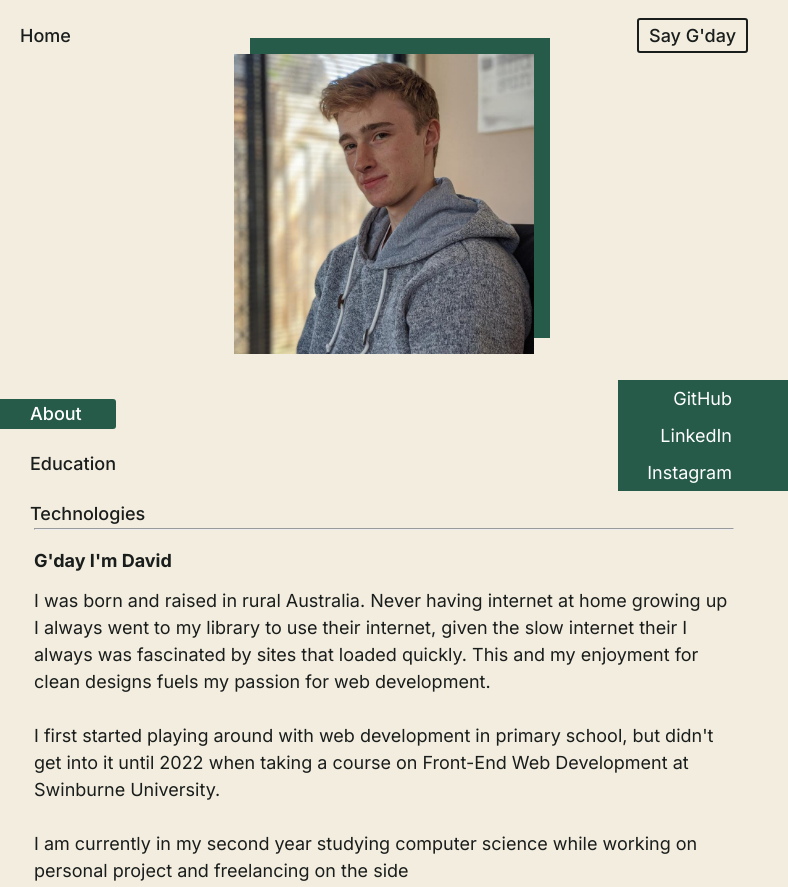
Repository: David-Waite/David-Waite-Portfolio
Page: /about
The author's editor kept a copy of each file at every save. The page is drawn from the files as they stood at one save, then again after the next save.
The browser window is 768 px wide. The page is 788 px wide, so the pictures cover 788 px, including what lies to the right of the window. The pictures show the whole page.
The project was rebuilt for these pictures with package versions that can differ from the ones it lists, and the page was loaded fresh each time. The framework's server and built-in components were replaced by stand-ins that run in the browser. Also part of the build but not shown: next.config.js.

Above is the page before, as saved 2023-07-27 10:28:36.

### app/layout.tsx
import "./globals.css";
import type { Metadata } from "next";
import { Inter } from "next/font/google";
import Link from "next/link";
import NavBar from "./components/Nav/NavBar/NavBar";

const inter = Inter({ subsets: ["latin"] });

export const metadata: Metadata = {
  title: "Create Next App",
  description: "Generated by create next app",
};

export default function RootLayout({
  children,
}: {
  children: React.ReactNode;
}) {
  return (
    <html lang="en">
      <body className={inter.className}>
        <NavBar />
        {children}
      </body>
    </html>
  );
}

### app/about/page.tsx
"use client";

import Image from "next/image";
import styles from "./page.module.css";
import Menu from "../components/About/Menu/Menu";
import { useState } from "react";

export default function About() {
  const [selected, setSelected] = useState({
    about: true,
    education: false,
    technologies: false,
  });

  function handleClick(select: string) {
    setSelected(() => {
      return {
        about: select === "about" ? true : false,
        education: select === "education" ? true : false,
        technologies: select === "technologies" ? true : false,
      };
    });
  }

  const AboutText = (
    <>
      <h1>G&apos;day I&apos;m David</h1>
      <p className={styles.description}>
        I was born and raised in rural Australia. Never having internet at home
        growing up I always went to my library to use their internet, given the
        slow internet their I always was fascinated by sites that loaded
        quickly. This and my enjoyment for clean designs fuels my passion for
        web development.
        <br />
        <br /> I first started playing around with web development in primary
        school, but didn&apos;t get into it until 2022 when taking a course on
        Front-End Web Development at Swinburne University.
        <br />
        <br /> I am currently in my second year studying computer science while
        working on personal project and freelancing on the side
      </p>
    </>
  );

  const EducationText = (
    <>
      <h1>My Education</h1>
      <ul className={`${styles.description} ${styles.descriptionList} `}>
        <li>
          CT50220 Dimploma of Information Technology (Front End Web Development)
          | 2022
        </li>
        <li>BA-CS Bachelor of Computer Science | 2023 - current</li>
        <li>Front end developer career path (72hrs) | Scrimba (online)</li>
        <li>
          React Native - The Practical Guide 2022 (26hrs) | Udemy (online)
        </li>
        <li>
          C# Basics for Beginners: Learn C# Fundamentals by Coding (6hrs) |
          Udemy (online)
        </li>
        <li>
          C# Intermediate: Classes, Interfaces and OOP (6hrs) | Udemy (online)
        </li>
      </ul>
    </>
  );
  const TechnologiesText = (
    <>
      <h1>What I&apos;m confortable with</h1>
      <ul className={`${styles.description} ${styles.descriptionList} `}>
        <li>HTML</li>
        <li>CSS</li>
        <li>Next.Js</li>
        <li>Contentful</li>
        <li>React.Js</li>
        <li>JavaScript</li>
        <li>C#</li>
      </ul>
    </>
  );

  let textContent;

  if (selected.about) {
    textContent = AboutText;
  }
  if (selected.technologies) {
    textContent = TechnologiesText;
  }
  if (selected.education) {
    textContent = EducationText;
  }
  return (
    <main className={styles.container}>
      <Menu selected={selected} onClick={handleClick} />
      <div className={`${styles.mobileLink} ${styles.links}`}>
        <a href="https://github.com/David-Waite" target="_blank">
          GitHub
        </a>
        <a href="www.linkedin.com/in/davidwaitedev" target="_blank">
          LinkedIn
        </a>
        <a href="https://www.instagram.com/david__waite/" target="_blank">
          Instagram
        </a>
      </div>
      <div className={styles.content}>
        <div>
          <div className={styles.paragraphContainer}>{textContent}</div>

          <div className={`${styles.desktopLink} ${styles.links}`}>
            <a href="https://github.com/David-Waite" target="_blank">
              GitHub
            </a>
            <a href="www.linkedin.com/in/davidwaitedev" target="_blank">
              LinkedIn
            </a>
            <a href="https://www.instagram.com/david__waite/" target="_blank">
              Instagram
            </a>
          </div>
        </div>
        <hr />
        <div className={styles.imageContainer}>
          <Image src="/aboutMe.jpg" fill={true} alt="David" />
        </div>
      </div>
    </main>
  );
}

### app/contact/send/route.ts
import mail from "@sendgrid/mail";
import { NextResponse } from "next/server";

// Create an api key in sendgrid and store someplace safe
mail.setApiKey(process.env.SENDGRID_API_KEY || "");

type ResponseData = {
  status?: string;
  message?: string;
};

export async function POST(request: Request) {
  let response: ResponseData = {};
  const body = await request.json();
  // I know the formData I sent in my request has name, email, and message fields so I'm just manually grabbing them to format a message
  const message = `
    Name: ${body.name}\r\n
    Email: ${body.email}\r\n
    Message: ${body.message}

  `;
  const data = {
    to: "davidwaite122@gmail.com",
    from: "davidwaiteportfolio@zohomail.com.au",
    subject: "Contact Message via Sendgrid",
    text: message,
    html: message.replace(/\r\n/g, "<br>"),
  };

  // Send the data and create a response object. I'm using status and message to display a success or fail notification in the UI
  await mail
    .send(data)
    .then(() => {
      response = {
        status: "success",
        message: "Your message was sent. I'll be in contact shortly.",
      };
    })
    .catch((error) => {
      response = {
        status: "error",
        message: `Message failed to send with error, ${error}`,
      };
    });

  return NextResponse.json(response);
}

### app/globals.css
:root {
  --primary: #255b48;
  --black: #191d1b;
  --background: #f3eddf;
  --white: #ffffff;
  --grey: #606060;
  --error: #a83c23;
}

.paragraph {
  font-size: 18px;
  font-style: normal;
  font-weight: 400;
  line-height: 25.2px;
  color: var(--black);
}

body {
  background-color: var(--background);
}

* {
  padding: 0;
  margin: 0;
  box-sizing: border-box;
}

### app/components/Nav/NavBar/NavBar.tsx
"use client";
import NavButton from "../NavButton/NavButton";
import styles from "./navBar.module.css";
import { usePathname } from "next/navigation";

import Link from "next/link";

export default function NavBar() {
  const currentRoute = usePathname();

  return (
    <nav className={styles.container}>
      <Link
        className={styles.link}
        href={`./${currentRoute === "/" ? "about" : "/"}`}
      >
        {currentRoute === "/" ? "About" : "Home"}
      </Link>

      {currentRoute !== "/contact" && <NavButton />}
    </nav>
  );
}

### app/about/page.module.css
.container {
  display: flex;
  height: calc(100vh - 70px);
  width: 100%;
  align-items: center;
  justify-content: center;
}

.content {
  position: relative;
  display: flex;
  align-items: center;
  gap: 200px;
}
.imageContainer {
  position: relative;
  width: 440px;
  height: 440px;
  box-shadow: var(--primary) 16px -16px 0px 0px;
}

.descriptionList {
  margin-left: 32px;
  margin-right: -32px;
}
.content h1 {
  color: var(--black);
  font-size: 18px;
  font-weight: 700;
  margin-bottom: 16px;
}
.description {
  color: var(--black);
  font-size: 18px;
  font-weight: 400;

  width: 740px;
  height: 300px;
  line-height: 27px;
}

.links {
  margin-top: 24px;
  position: absolute;
  left: -56px;
  padding: 0 56px;
  background-color: var(--primary);
  display: flex;
  align-items: center;
  flex-direction: column;
}
.mobileLink {
  display: none;
}
.links a {
  cursor: pointer !important;
  color: var(--white);
  text-decoration: none;
  font-size: 18px;
  margin: 8px 0;
}

.container hr {
  width: 100%;
  display: none;
}
.links a:hover {
  color: var(--grey);
}

@media (max-width: 2000px) {
  .content {
    gap: 100px;
  }
}
@media (max-width: 1850px) {
  .imageContainer {
    width: 350px;
    height: 350px;
  }
}

@media (max-width: 1750px) {
  .imageContainer {
    width: 350px;
    height: 350px;
    margin-right: -50px;
  }
}

@media (max-width: 1650px) {
  .description {
    width: 700px;
    height: 300px;
  }
}

@media (max-width: 1550px) {
  .imageContainer {
    margin-right: -100px;
    width: 300px;
    height: 300px;
  }
}
@media (max-width: 1439px) {
  .mobileLink {
    display: flex;
    top: 126px;
    left: calc(100vw - 150px);
    width: 170px;
    align-items: end;
  }

  .desktopLink {
    display: none;
  }

  .imageContainer {
    margin-right: 0px;
  }
  .content {
    flex-direction: column-reverse;
    margin-top: 70px;
  }
}
@media (max-width: 768px) {
  .container hr {
    display: inline;
    margin: 174px 0 20px;
  }
  .container {
    padding: 20px;
  }
  .content {
    gap: 0px;
  }

  .mobileLink {
    top: 356px;
  }
}

@media (max-width: 425px) {
  .links a,
  .content h1,
  .description {
    font-size: 16px;
  }
}

### app/components/About/Menu/Menu.tsx
"use client";
import { CSSProperties, useState } from "react";
import styles from "./menu.module.css";
export default function Menu(props: { onClick: any; selected: any }) {
  function handleClick(select: string) {
    props.onClick(select);
  }

  const selectedBackground: any = {
    left: "0px",
  };
  const selectedP: any = {
    color: "white",
  };
  return (
    <div className={styles.menu}>
      <div
        className={`${styles.linkContainer} ${styles.about}`}
        onClick={() => handleClick("about")}
      >
        <div
          className={styles.aboutBackground}
          style={Object.assign(props.selected.about && selectedBackground)}
        ></div>
        <p style={Object.assign(props.selected.about && selectedP)}>About</p>
      </div>
      <br />
      <div
        className={`${styles.linkContainer} ${styles.education}`}
        onClick={() => handleClick("education")}
      >
        <div
          className={styles.educationBackground}
          style={Object.assign(props.selected.education && selectedBackground)}
        ></div>
        <p style={Object.assign(props.selected.education && selectedP)}>
          Education
        </p>
      </div>
      <br />
      <div
        className={`${styles.linkContainer} ${styles.technologies}`}
        onClick={() => handleClick("technologies")}
      >
        <div
          className={styles.technologiesBackground}
          style={Object.assign(
            props.selected.technologies && selectedBackground
          )}
        ></div>
        <p style={Object.assign(props.selected.technologies && selectedP)}>
          Technologies
        </p>
      </div>
    </div>
  );
}

### app/components/Nav/NavButton/NavButton.tsx
import styles from "./navButton.module.css";

import Link from "next/link";

export default function NavButton() {
  return (
    <Link className={styles.container} href={"./contact"}>
      Say G&apos;day
    </Link>
  );
}

### app/components/Nav/NavBar/navBar.module.css
.container {
  display: flex;
  align-items: center;
  justify-content: space-between;
  height: 70px;
  padding: 0 30px;
}

.link {
  color: var(--black);
  text-decoration: none;
  font-size: 18px;
  font-weight: 500;
  cursor: pointer !important;
}

.link:hover {
  color: var(--grey);
}

@media (max-width: 768px) {
  .container {
    padding: 0 20px;
  }
}
@media (max-width: 425px) {
  .link {
    font-size: 16px;
  }
}

### app/components/About/Menu/menu.module.css
.menu {
  position: absolute;
  left: 0;
  font-size: 18px;
  font-weight: 500;
}

.menu div {
  display: flex;
  align-items: center;
}

.linkContainer {
  position: relative;
}
.linkContainer p {
  position: relative;
  cursor: pointer !important;
  color: var(--black);
}

.aboutBackground,
.educationBackground,
.technologiesBackground {
  position: absolute;
  background-color: var(--primary);
  left: 0;
  height: 30px;
  border-radius: 0 3px 3px 0;
  transition: 0.3s ease-in;
}
.about {
  width: 116px;
}
.aboutBackground {
  width: 116px;
  left: -116px;
}
.about:hover .aboutBackground {
  left: 0;
}

.education {
  width: 148px;
}
.educationBackground {
  width: 148px;
  left: -148px;
}
.education:hover .educationBackground {
  left: 0;
}

.technologies {
  width: 175px;
}
.technologiesBackground {
  width: 175px;
  left: -175px;
}
.technologies:hover .technologiesBackground {
  left: 0;
}

.menu p {
  top: 0;
  padding: 4px 30px;

  transition: 0.3s;
}

.selected {
  border-radius: 0 3px 3px 0;
  color: var(--white);
  background: rgb(37, 91, 72);
}

.linkContainer p:hover {
  position: relative;
  color: var(--white);
}

@media (max-width: 1439px) {
  .menu {
    top: 150px;
  }
}

@media (max-width: 768px) {
  .menu {
    top: 399px;
  }
}

### app/components/Nav/NavButton/navButton.module.css
.container {
  border: 2px solid var(--black);
  color: var(--black);
  font-weight: 500;
  border-radius: 3px;
  font-size: 18px;
  padding: 5px 10px;
  transition: 0.3s;
  text-decoration: none;
  cursor: pointer !important;
}

.container:hover {
  background-color: var(--primary);
  color: var(--white);
}

@media (max-width: 425px) {
  .container {
    font-size: 16px;
  }
}

After the next save:
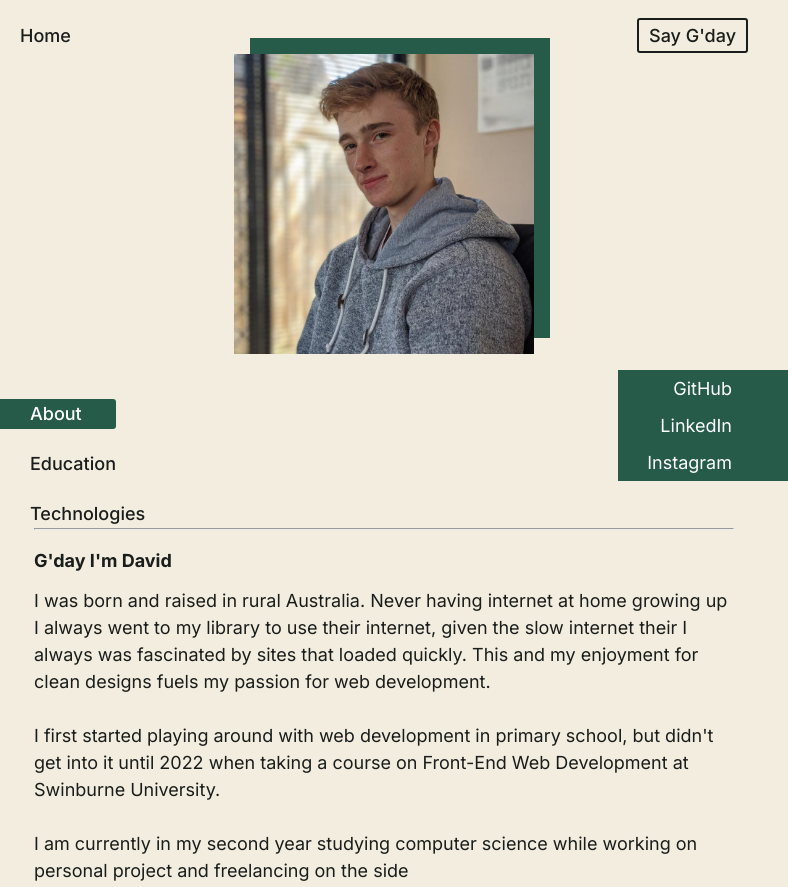
Saved 4 s later.
--- a/app/about/page.module.css
+++ b/app/about/page.module.css
@@ -136,7 +136,7 @@
   }
 
   .mobileLink {
-    top: 356px;
+    top: 346px;
   }
 }
 
